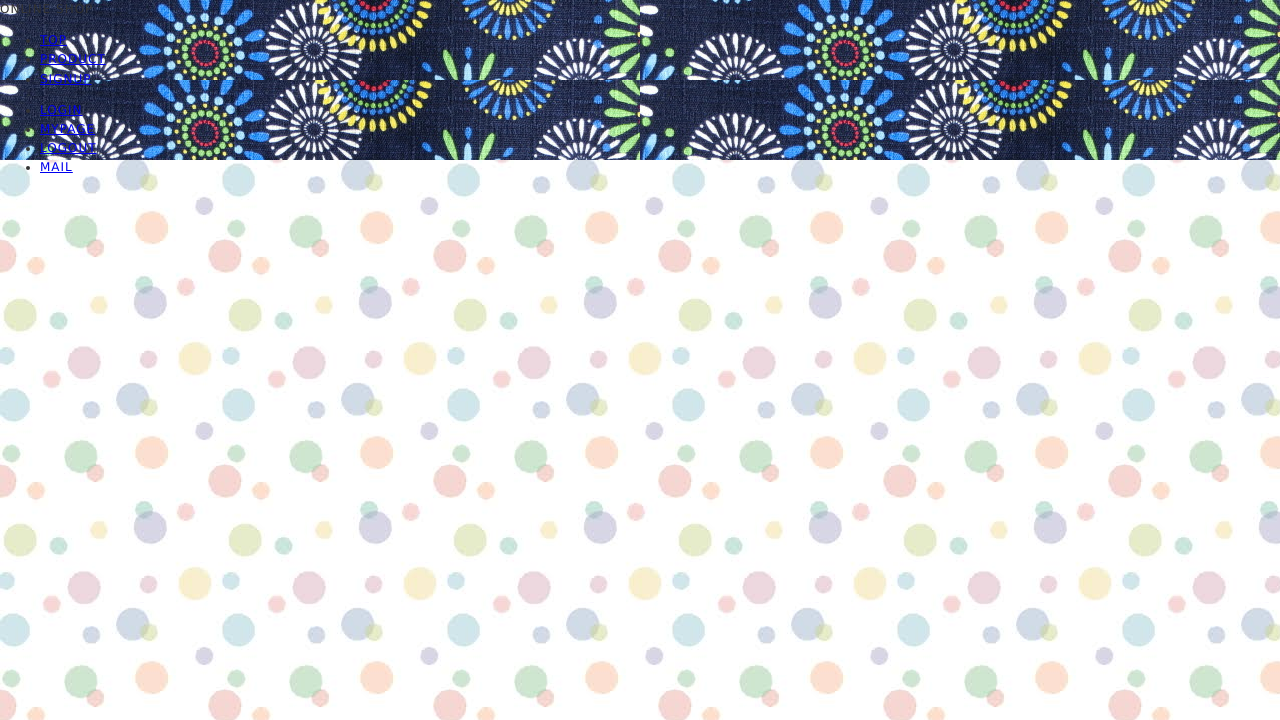
Repository: rt-1217/j2
Page: http://localhost/ecsite01/
The author's editor kept a copy of each file at every save. The page is drawn from the files as they stood at one save, then again after the next save.
The browser window is 1280 px wide. The pictures show the whole page.
The page is served by Tomcat 9. Other server files are loaded and not shown.

Above is the page before, as saved 2018-05-29 07:33:02.

### ecsite01/WebContent/home.jsp
<%@ page language="java" contentType="text/html; charset=UTF-8"
    pageEncoding="UTF-8"%>
    <%@ taglib prefix="s" uri="/struts-tags" %>
<!DOCTYPE html PUBLIC "-//W3C//DTD HTML 4.01 Transitional//EN" "http://www.w3.org/TR/html4/loose.dtd">
<html>
<head>
<meta http-equiv="Content-Type" content="text/html; charset=UTF-8">
<meta http-equiv="Content-Style-Type" content="text/css" />
<meta http-equiv="Content-Script-Type" content="text/javascript" />
<meta http-equiv="imagetoolbar" content="no" />
<meta name="description" content="" />
<meta name="keywords" content="" />
<!-- CSSの読み込み -->
<link rel="stylesheet" type="text/css" href="./css/basis.css">
<link rel="stylesheet" type="text/css" href="./css/table.css">


<title>Home画面</title>



</head>
<body>

<div id="header">
<div class="header-logo">ONLINE SHOP</div>

<div class="top-menu">

<div class="left-list">
<ul class="top-li">
<li><a href='<s:url action="GoHomeAction"/>'>TOP</a></li>
<li><a href='<s:url action="ProductPageAction"/>'>PRODUCT</a></li>
<li><a href='<s:url action="UserCreateAction"/>'>SIGNUP</a></li>
</ul>
</div>

<div class="right-list">
<ul>
<li><a href='<s:url action="GoLoginAction"/>'>LOGIN</a></li>
<li><a href='<s:url action="MyPageAction"/>'>MYPAGE</a></li>
<li><a href='<s:url action="LogoutAction"/>'>LOGOUT</a></li>
<li><a href='<s:url action="InquiryAction"/>'>MAIL</a></li>
</ul>

</div>




</div>

</div>

<div id="main">
<!-- <div id="top"> -->
<!-- <p>Home</p> -->
<!-- </div> -->

<div id="text-center">
<%-- <s:form action="HomeAction"> --%>
<!-- <input id="submit_button" type="submit" value ="商品購入"> -->
<%-- </s:form> --%>

<div class="homeimage"  src="./image/homeyasai.jpg"></div>

<s:if test="#session.id !=null">
<p>ログアウトする場合は
<a href ='<s:url action="LogoutAction" />'>こちら</a></p>
</s:if>

</div>


</div>

<div id="footer">

</div>


</body>
</html>

### ecsite01/WebContent/css/basis.css
@CHARSET "UTF-8";

/* ========TAG LAYOUT======== */
body {
margin:0;
padding:0;
line-height:1.6;
letter-spacing:1px;
font-family:Verdana, Helvetica, sans-serif;
font-size:12px;
color:#333;
background:#fff;
background-image:url("../image/tama.jpg");
background-attachment: fixed;
/* background-size:contain; */
/* background-repeat: no-repeat; */


}
table {
text-align:center;
margin:0 auto;
}


/* ========ID LAYOUT======== */
#top {
width:780px;
margin:30px auto;
border:2px solid #333;
}
#header {
width: 100%;
height: 80px;
/* background-color: black; */
background-image:url("../image/hanabi2.jpg");

}
#main {
width: 100%;
height: 100%;
text-align: center;
}
#footer {
width: 100%;
height: 80px;
background-color: black;
clear:both;
background-image:url("../image/hanabi2.jpg");
}


.red{
	color:red;
}
/*floatの解除*/
.clear{
	clear:both;
}

### ecsite01/WebContent/css/table.css
@CHARSET "UTF-8";

.item-table{
	text-align:center;

}


.dl-list{
	margin:0px;
	padding:0px;
	width:100%;
}

.dd-list{
	width:31%;
	display:inline-block;

	background-color: rgba(226, 255, 225, 0.2);
 	font-size: 12px;
 	float:left;
	margin:0;
	padding:15px 0px;
	margin-left:2%;
	margin-bottom:20px;
}
.dd-list:last-child {
	margin-right: 0;
}

.button{
	margin:0 auto;
	text-align:center;
	width:100px;
	height:100px;

}

After the next save:
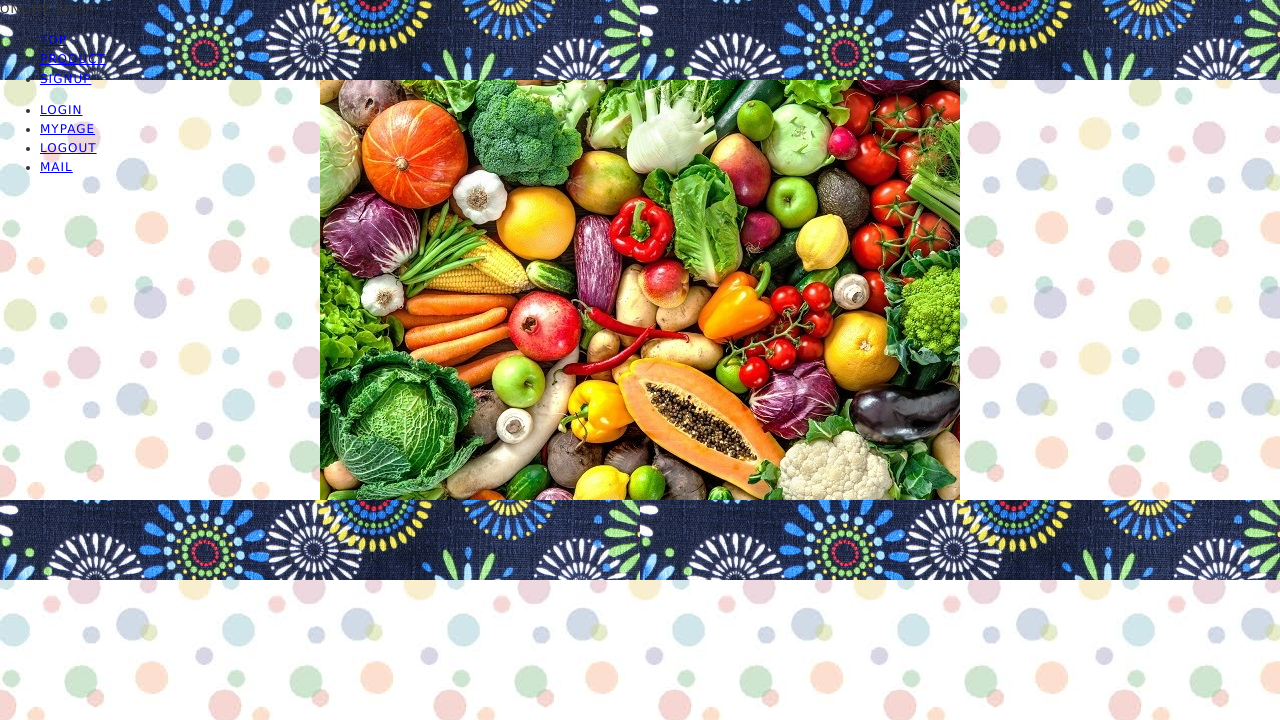
Saved 26 s later.
--- a/ecsite01/WebContent/home.jsp
+++ b/ecsite01/WebContent/home.jsp
@@ -62,7 +62,7 @@
 <!-- <input id="submit_button" type="submit" value ="商品購入"> -->
 <%-- </s:form> --%>
 
-<div class="homeimage"  src="./image/homeyasai.jpg"></div>
+<img src="./image/homeyasai.jpg">
 
 <s:if test="#session.id !=null">
 <p>ログアウトする場合は
